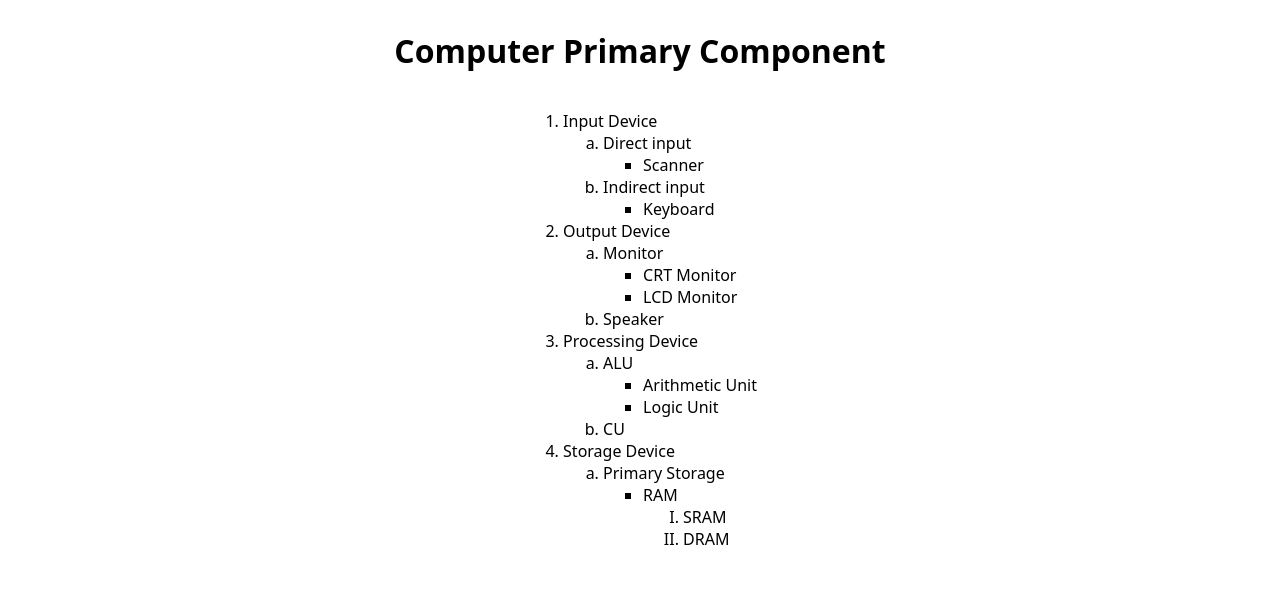
Repository: SharonSebastian32/Nested_List_in_html
Page: index.html
These files come from the project's save history. The page is drawn as it stood at one moment and after the next save; the edit follows.
The browser window is 1280 px wide. The pictures show the whole page.

Above is the page before, as saved 2024-09-01 07:47:40.

### index.html
<!DOCTYPE html>
<html lang="en">
  <head>
    <meta charset="UTF-8" />
    <meta name="viewport" content="width=device-width, initial-scale=1.0" />
    <title>Document</title>
    <link rel="stylesheet" href="./Styles/Styles.css" />
  </head>
  <body>
    <div style="display: flex; justify-content: center; align-items: center; flex-direction:column; background-color: ;">
      <h1>Computer Primary Component</h1>
      <ol>
        <li>Input Device</li>
        <ol type="a">
          <li>Direct input</li>
          <ul style="list-style-type: square">
            <li>Scanner</li>
          </ul>
          <li>Indirect input</li>
          <ul>
            <li>Keyboard</li>
          </ul>
        </ol>
        <li>Output Device</li>
        <ol type="a">
          <li>Monitor</li>
          <ul>
            <li>CRT Monitor</li>
            <li>LCD Monitor</li>
          </ul>
          <li>Speaker</li>
        </ol>
        <li>Processing Device</li>
        <ol type="a">
          <li>ALU</li>
          <ul>
            <li>Arithmetic Unit</li>
            <li>Logic Unit</li>
          </ul>
          <ul></ul>
          <li>CU</li>
        </ol>
        <li>Storage Device</li>
        <ol type="a">
          <li>Primary Storage</li>
          <ul>
            <li>RAM</li>
            <ol type="I">
              <li>SRAM</li>
              <li>DRAM</li>
            </ol>
          </ul>
        </ol>
      </ol>
    </div>
  </body>
</html>

### Styles/Styles.css
*{
    font-family: system-ui, -apple-system, BlinkMacSystemFont, 'Segoe UI', Roboto, Oxygen, Ubuntu, Cantarell, 'Open Sans', 'Helvetica Neue', sans-serif;

}

After the next save:
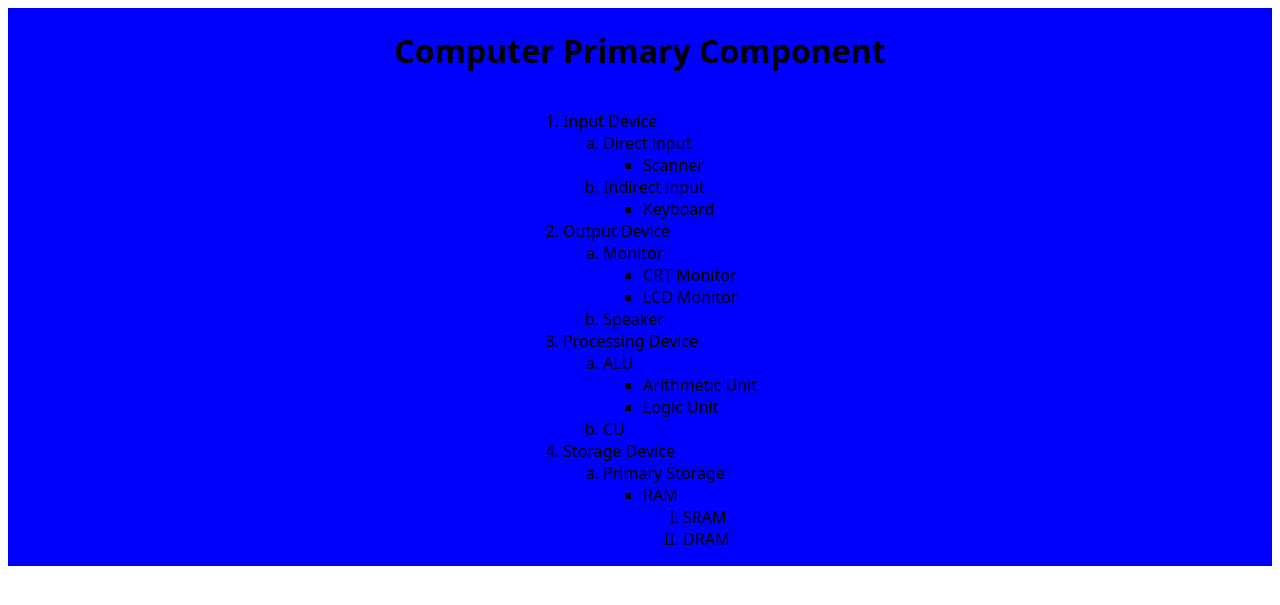
Saved 4 s later.
--- a/index.html
+++ b/index.html
@@ -7,7 +7,7 @@
     <link rel="stylesheet" href="./Styles/Styles.css" />
   </head>
   <body>
-    <div style="display: flex; justify-content: center; align-items: center; flex-direction:column; background-color: ;">
+    <div style="display: flex; justify-content: center; align-items: center; flex-direction:column; background-color: blue;">
       <h1>Computer Primary Component</h1>
       <ol>
         <li>Input Device</li>
